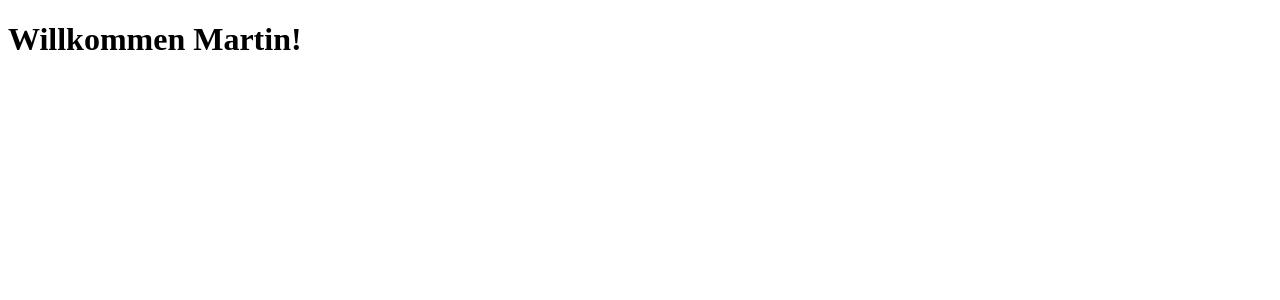
Repository: martinschatz/LoginPage
Page: INFI-Holz/Beispiel1/WebContent/Welcome.html
An editor plug-in stored every save of this project. The page is shown before and after the next save, followed by the edit.
The browser window is 1280 px wide. The pictures show the whole page.

Above is the page before, as saved 2018-09-26 11:54:58.

After the next save:
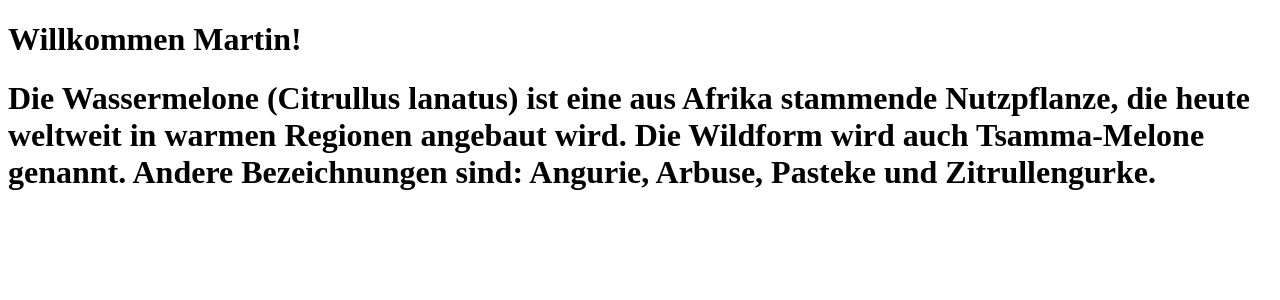
Saved 48 s later.
--- a/INFI-Holz/Beispiel1/WebContent/Welcome.html
+++ b/INFI-Holz/Beispiel1/WebContent/Welcome.html
@@ -6,5 +6,6 @@
 </head>
 <body>
 <h1>Willkommen Martin!</h1>
+<h1>Die Wassermelone (Citrullus lanatus) ist eine aus Afrika stammende Nutzpflanze, die heute weltweit in warmen Regionen angebaut wird. Die Wildform wird auch Tsamma-Melone genannt. Andere Bezeichnungen sind: Angurie, Arbuse, Pasteke und Zitrullengurke.</h1>
 </body>
 </html>
